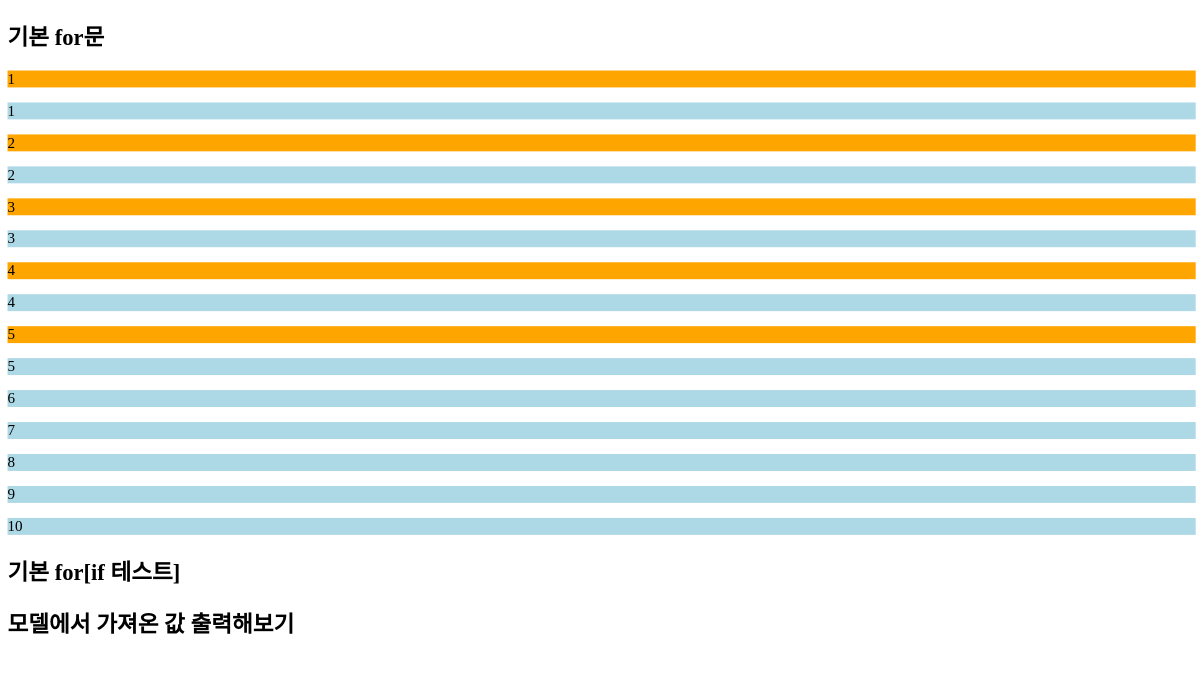
Repository: hyo-lang/java_ICT
Page: http://localhost/mvc1024/WEB-INF/views/jstLdemo.jsp
These files come from the project's save history. The page is drawn as it stood at one moment and after the next save; the edit follows.
The browser window is 1280 px wide. The pictures show the whole page, at 94% of full size.
The page is served by Tomcat 9. Nobody is signed in. Other server files are loaded and not shown. The template is opened directly, without the code that normally fills it, so the values that code supplies are empty.

Above is the page before, as saved 2024-10-24 07:18:44.

### mvc1024/src/main/webapp/WEB-INF/views/jstLdemo.jsp
<%@ page language="java" contentType="text/html; charset=EUC-KR"
    pageEncoding="EUC-KR"%>
<%@taglib prefix="c" uri="http://java.sun.com/jsp/jstl/core" %>
<!DOCTYPE html>
<html>
<head>
<meta charset="EUC-KR">
<title>Insert title here</title>
</head>
<body>
	<h2>기본 for문</h2>
	<c:forEach begin="1" end="10" step="1" varStatus="num">
		<c:if test="${num.count<6}"><p style="background-color: orange;">${num.count}</p></c:if>
		<p style="background-color: lightblue;">${num.count}</p>
	</c:forEach>
	<h2>기본 for[if 테스트]</h2>
	<c:choose>
	<c:when test="${num.count % 2 == 0}">
		<p style="background-color: orange;">${num.count}</p>
		</c:when>
		<c:otherwise>
		<p style="background-color: lightblue;">${num.count}</p>
	</c:otherwise>
	</c:choose>
	<h2>모델에서 가져온 값 출력해보기</h2>
	<ol>
	<c:forEach var="m" items="${moveList}">
	<li>Name : ${m}</li>
</c:forEach>
</ol>
</body>
</html>

After the next save:
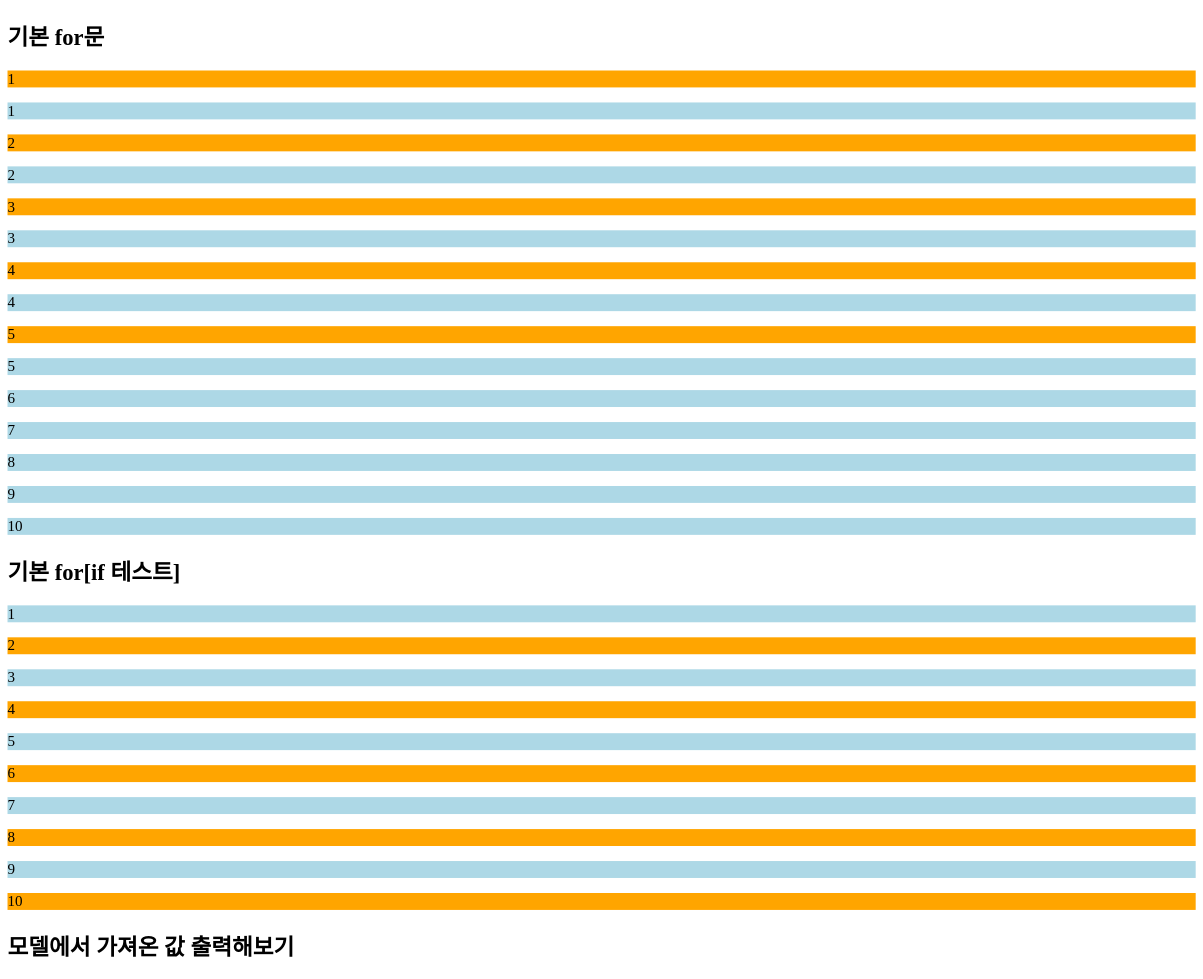
Saved 2 min 46 s later.
--- a/mvc1024/src/main/webapp/WEB-INF/views/jstLdemo.jsp
+++ b/mvc1024/src/main/webapp/WEB-INF/views/jstLdemo.jsp
@@ -14,6 +14,7 @@
 		<p style="background-color: lightblue;">${num.count}</p>
 	</c:forEach>
 	<h2>기본 for[if 테스트]</h2>
+	<c:forEach begin="1" end="10" step="1" varStatus="num">
 	<c:choose>
 	<c:when test="${num.count % 2 == 0}">
 		<p style="background-color: orange;">${num.count}</p>
@@ -22,6 +23,7 @@
 		<p style="background-color: lightblue;">${num.count}</p>
 	</c:otherwise>
 	</c:choose>
+	</c:forEach>
 	<h2>모델에서 가져온 값 출력해보기</h2>
 	<ol>
 	<c:forEach var="m" items="${moveList}">
